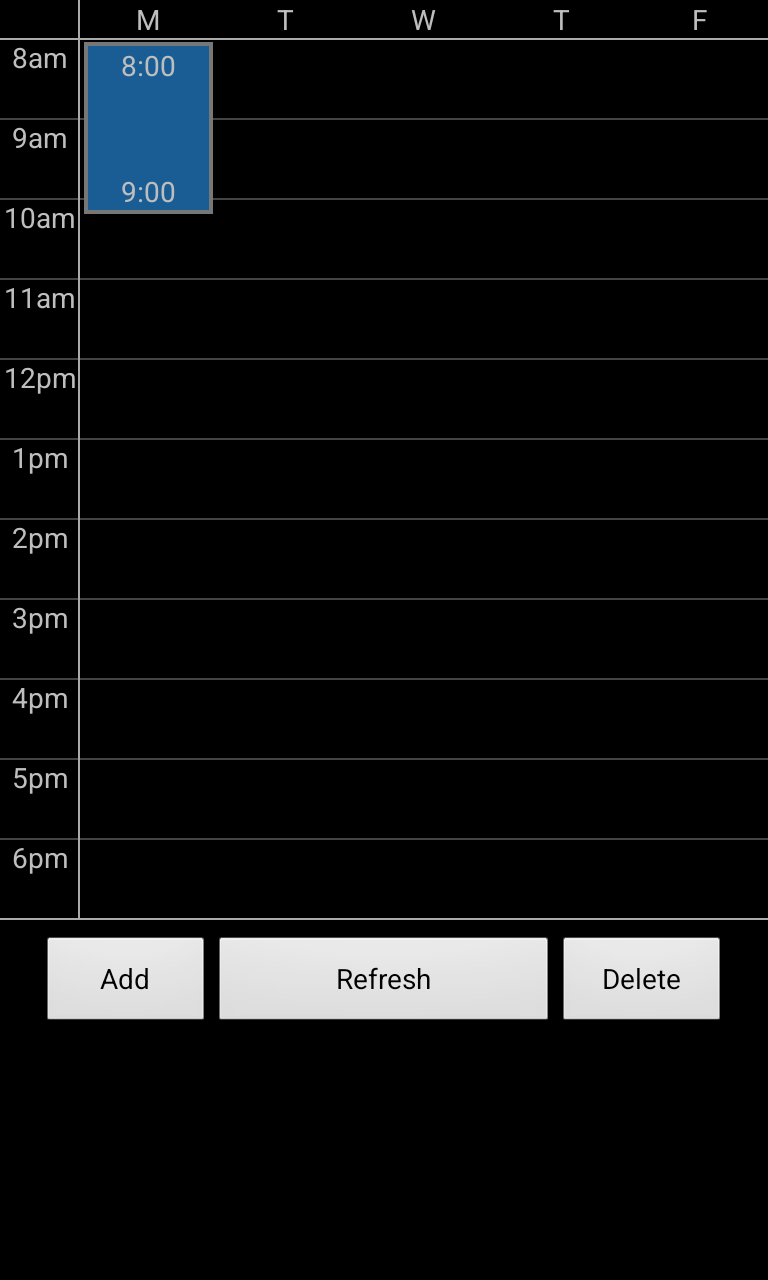
Repository: appsfactory/OfficeHours
Layout: OfficeHoursClient/res/layout/activity_schedule_view.xml
The author's editor kept a copy of each file at every save. The layout is drawn from the files as they stood at one save, then again after the next save.
It is drawn on a 768 x 1280 px phone screen (xhdpi) without system bars, with theme AppTheme; the app's code is not run.

Above is the layout before, as saved 2012-09-27 20:19:21.

After the next save:
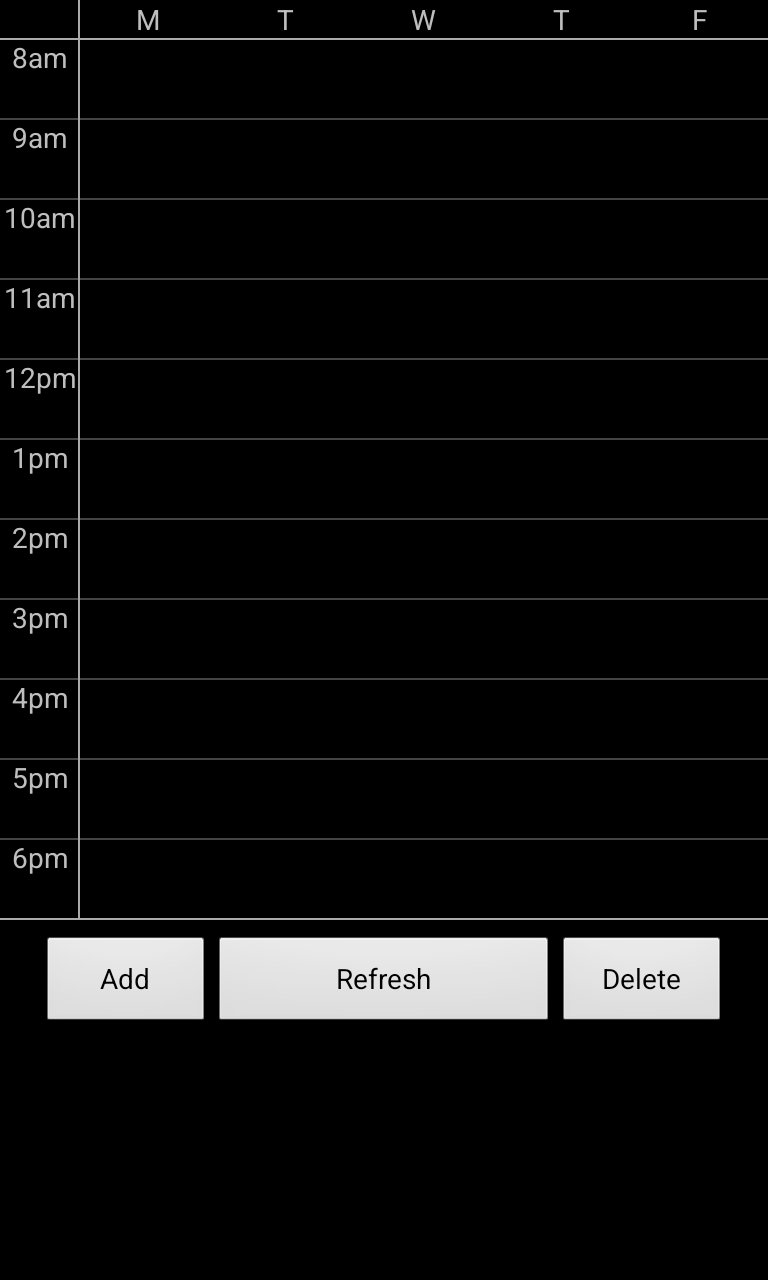
Saved 36 s later.
--- a/OfficeHoursClient/res/layout/activity_schedule_view.xml
+++ b/OfficeHoursClient/res/layout/activity_schedule_view.xml
@@ -236,7 +236,7 @@
                             android:layout_width="0dp"
                             android:layout_height="match_parent"
                             android:layout_weight="1" >
-
+							<!--
 							<View android:background="#777" android:layout_width = "fill_parent" android:layout_height="86dp" android:layout_margin="2dp" />
 							<RelativeLayout
 							    android:layout_width="fill_parent"
@@ -256,16 +256,8 @@
 							    	android:text="9:00"
 							    	android:gravity="center_horizontal"/>
 
-							</RelativeLayout>
-
-							<!-- <TextView
-        android:id="@+id/login_subtitle"
-        android:layout_width="wrap_content"
-        android:layout_height="wrap_content"
-        android:layout_below="@+id/login_title"
-        android:layout_centerHorizontal="true"
-        android:text="@string/login_subtitle"
-        android:textAppearance="?android:attr/textAppearanceLarge" /> -->
+							</RelativeLayout> -->
+
 
                         </RelativeLayout>
 
